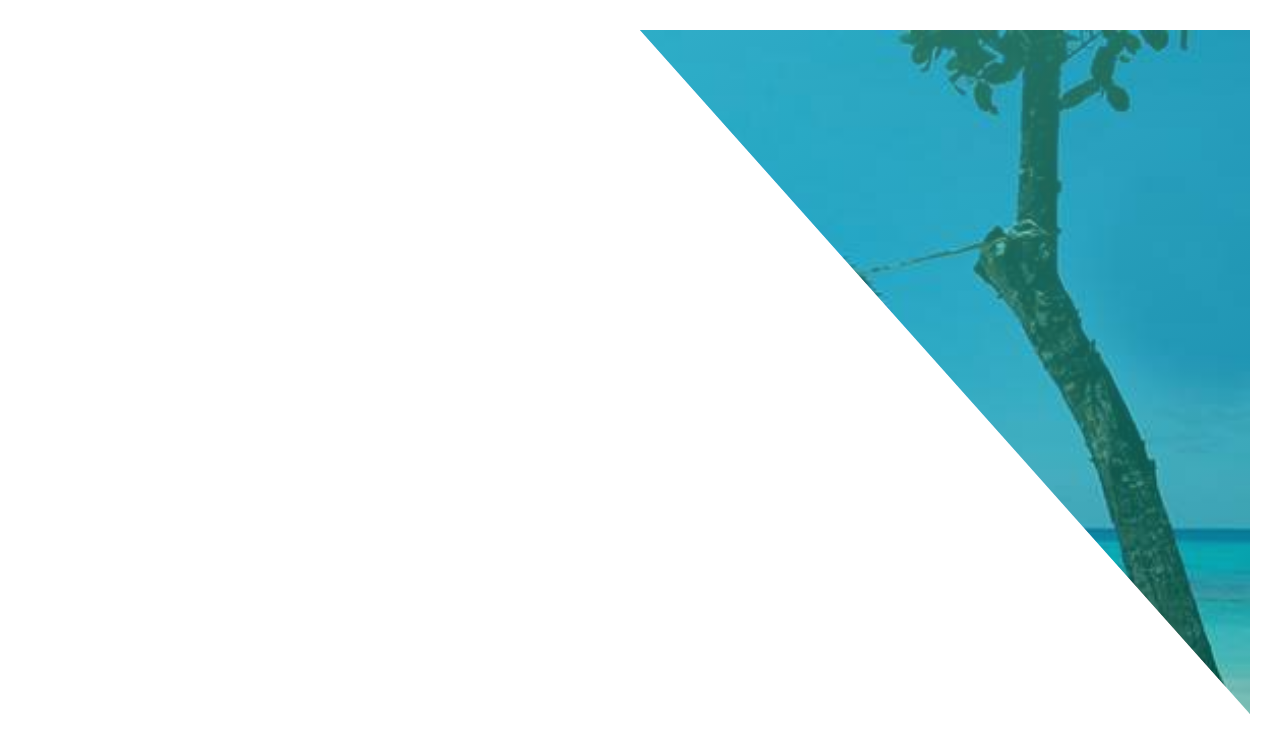
Repository: Azariagmt/tour-and-travel
Page: index.html
An editor plug-in stored every save of this project. The page is shown before and after a run of saves, followed by the edit.
The browser window is 1280 px wide. The pictures show the whole page.

Above is the page before, as saved 2020-03-24 16:34:32.

### index.html
<!DOCTYPE html>
<!--[if lt IE 7]>      <html class="no-js lt-ie9 lt-ie8 lt-ie7"> <![endif]-->
<!--[if IE 7]>         <html class="no-js lt-ie9 lt-ie8"> <![endif]-->
<!--[if IE 8]>         <html class="no-js lt-ie9"> <![endif]-->
<!--[if gt IE 8]><!--> <html class="no-js"> <!--<![endif]-->
    <head>
        <meta charset="utf-8">
        <meta http-equiv="X-UA-Compatible" content="IE=edge">
        <title></title>
        <meta name="description" content="">
        <meta name="viewport" content="width=device-width, initial-scale=1">
        <link href="https://fonts.googleapis.com/css?family=Lato&display=swap" rel="stylesheet">
        <link rel="stylesheet" href="css/style.css">
    </head>
    <body>
        <!--[if lt IE 7]>
            <p class="browsehappy">You are using an <strong>outdated</strong> browser. Please <a href="#">upgrade your browser</a> to improve your experience.</p>
        <![endif]-->
        <header class="header">

        </header>
        <script src="" async defer></script>
    </body>
</html>

### css/style.css
* {
  margin: 0;
  padding: 0;
  box-sizing: border-box;
}

body {
  font-family: "Lato", sans-serif;
  font-weight: 400;
  font-size: 16px;
  line-height: 1.7;
  color: #777777;
  padding: 30px;
}

.header {
  height: 95vh;
  background-image: linear-gradient(to right bottom, #64ffdb8b, #00897b84),
    url(../img/2.jpg);
  background-size: cover;
  background-position: top;
  clip-path: polygon(50% 0, 100% 100%, 100% 0);
}

After the next 4 saves:
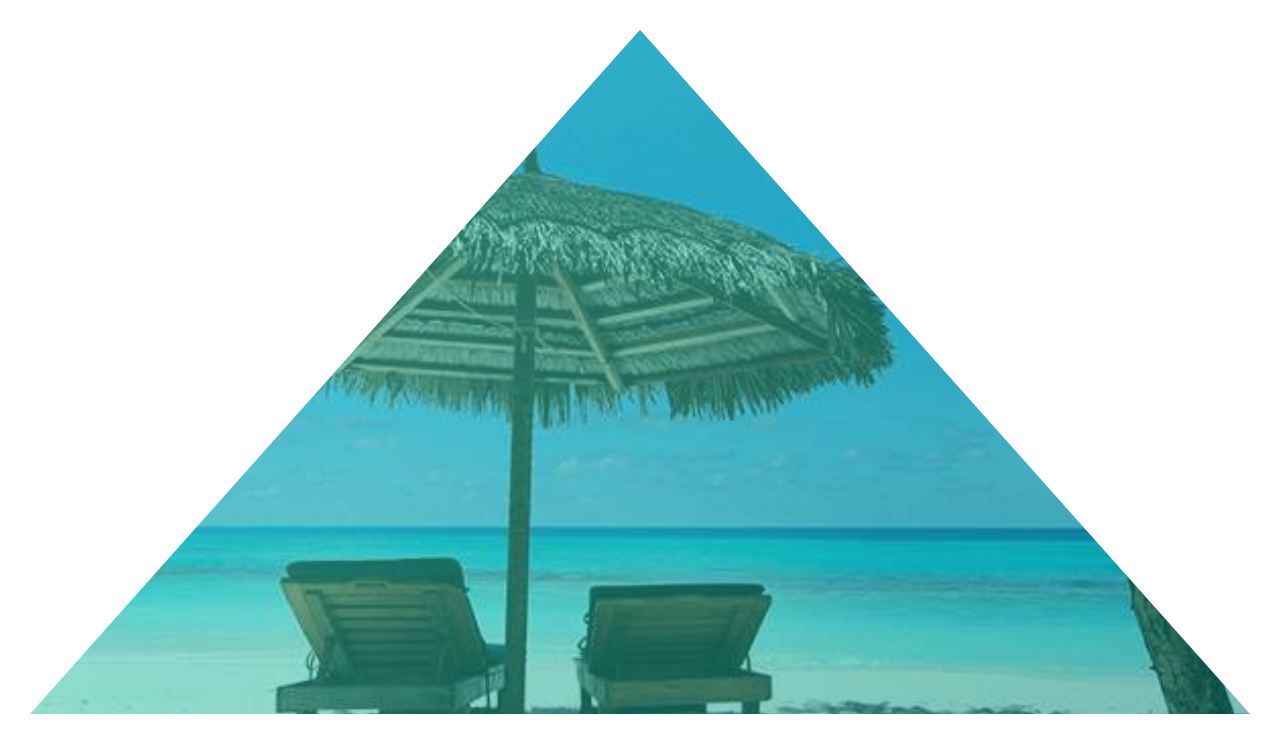
The 4 saves are shown as one change because they came seconds apart.
The last was saved 43 s later.
--- a/css/style.css
+++ b/css/style.css
@@ -19,5 +19,5 @@ body {
     url(../img/2.jpg);
   background-size: cover;
   background-position: top;
-  clip-path: polygon(50% 0, 100% 100%, 100% 0);
+  clip-path: polygon(50% 0, 100% 100%, 0 100%);
 }
